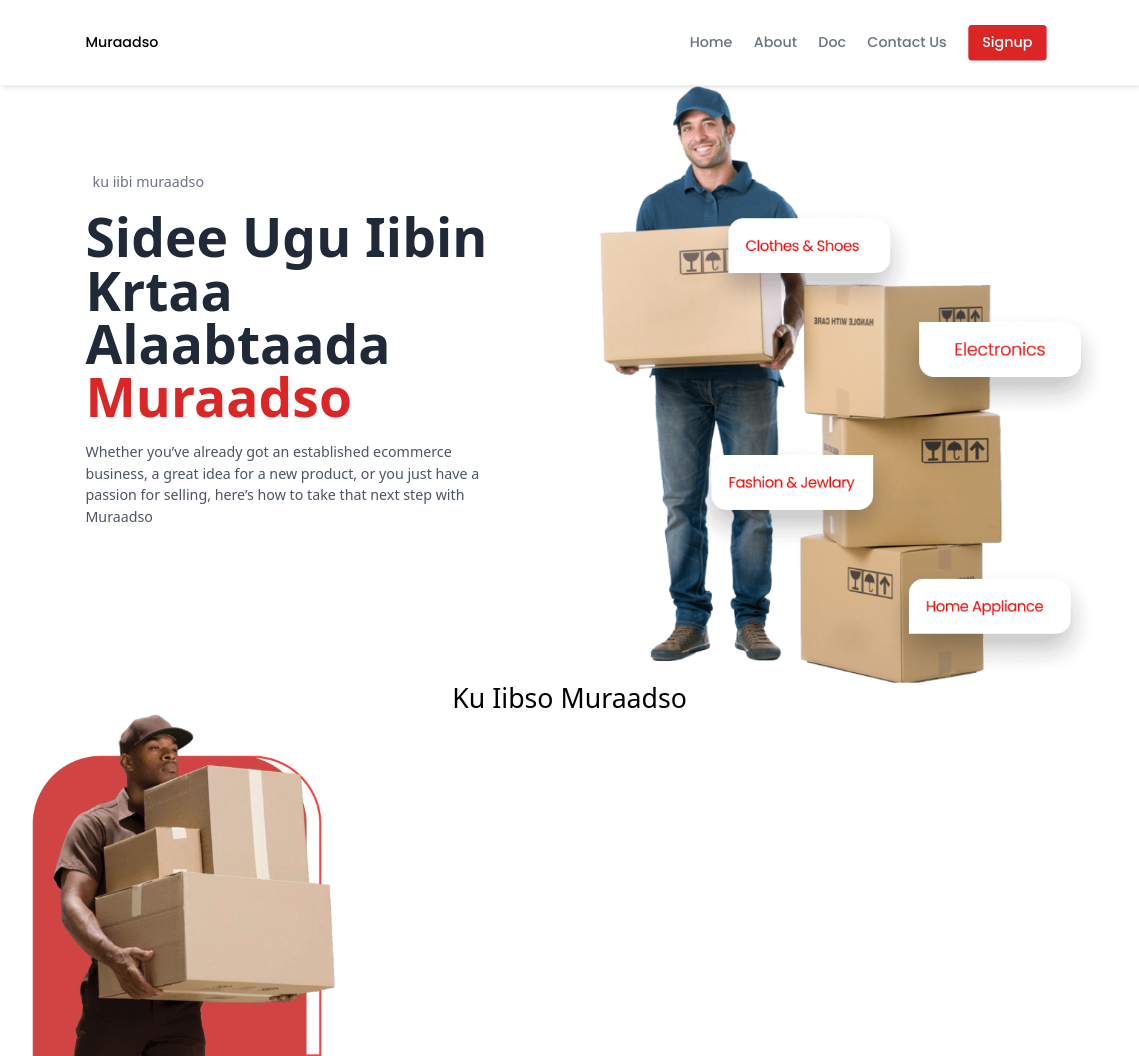
Repository: muraadso/Muraadso-Sellers
Page: /
The author's editor kept a copy of each file at every save. The page is drawn from the files as they stood at one save, then again after the next save.
The browser window is 1280 px wide. The pictures show the whole page, at 89% of full size.
The project was rebuilt for these pictures with package versions that can differ from the ones it lists, and the page was loaded fresh each time. The framework's server and built-in components were replaced by stand-ins that run in the browser. Also part of the build but not shown: next.config.js.

Above is the page before, as saved 2021-12-05 19:35:22.

### pages/_app.js
import '../styles/globals.css'
 import 'tailwindcss/tailwind.css'
import { Layout } from '../components/Layout'


function MyApp({ Component, pageProps }) {
  return (
    <Layout>
      <Component {...pageProps} />
    </Layout>
  )
}

export default MyApp

### pages/index.js
import Head from 'next/head'
import Image from 'next/image'
import Navbar from '../components/Navbar'
import Hero from '../components/Hero'
import About from '../components/About'
import styles from '../styles/Home.module.css'


export default function Home() {
  return (
    <div className={styles.container}>
      <Head>
        <title>Muraadso Sellers</title>
        <meta name="description" content="Generated by create next app" />
        <link rel="icon" href="/favicon.ico" />
      </Head>
      <Hero />
      <About />
    </div>
  )
}

### styles/globals.css
@import url('https://fonts.googleapis.com/css2?family=Lato:ital,wght@0,300;0,400;0,700;0,900;1,700&family=Poppins:wght@200;300;400;500;600;700&display=swap');
html,
body {
  padding: 0;
  margin: 0;
}

a {
  color: inherit;
  text-decoration: none;
}

* {
  box-sizing: border-box;
}


.navbar {
  box-shadow: 2px 1px 7px rgba(0, 0, 0, 0.226);
  font-family: 'Poppins', sans-serif  ;
  font-weight: 500;

}
  .logo{
    font-family: 'Lato', sans-serif;
    font-weight: 700;
    color: rgb(233, 59, 59);
    font-size: 20px ;
  }

.nav{
}





@media screen and  (max-width: 415px){
  .nav{
    display: flex;
    color: blue;
    flex-direction: row;
  }
}




@tailwind base;
@tailwind components;
@tailwind utilities

### components/Layout.js
import Navbar from "./Navbar"
import Footer from "./Footer"

export const Layout = ({children}) => {
    return (
        <div className="layout">
            <Navbar />
                {children}
            <Footer />



        </div>
    )
}

### components/Navbar.jsx
import React, { useState } from "react";
import { HiOutlineMenuAlt2, HiOutlineMenuAlt3 } from "react-icons/hi";



export default function Navbar() {
  const [showNav, setShowNav] = useState(false);

  return (
    <nav className="sticky top-0 z-20 items-center justify-between bg-white px-14 md:px-24 md:py-5 navbar md:flex">
      <div className="flex items-center justify-between">
        <a href="#">
          <h2>Muraadso</h2>
        </a>


        {showNav ? (
          <HiOutlineMenuAlt3
            onClick={() => setShowNav(!showNav)}
            className="block w-10 h-10 p-2 cursor-pointer md:hidden"
          />
        ) : (
          <HiOutlineMenuAlt2
            onClick={() => setShowNav(!showNav)}
            className="block w-10 h-10 p-2 cursor-pointer md:hidden"
          />
        )}
      </div>

      <ul
        className={
          (showNav ? "left-0" : "-left-full") +
          " md:static fixed bottom-0 md:ml-24 top-14 md:flex md:space-x-6 items-center md:bg-transparent bg-white bg-opacity-90 md:w-auto w-10/12 md:text-gray-500 text-gray-800  md:space-y-0 space-y-5 p-2 transition-left nav"
        }
      >
        <a href="#"> Home</a>
        <a href="#"> About</a>
        <a href="#"> Doc</a>
        <a href="#"> Contact Us</a>
      <a className="px-4 py-2 text-white bg-red-600 rounded" href="">Signup</a>
      </ul>
    </nav>
  );
}

























// const Navbar = () => {
//     return (
//         <div>
//      <div className="sticky top-0 z-20 items-center justify-between bg-white md:flex navbar">
//          <a className="logo" href="#">Muraadso</a>
//          <nav className="fixed bottom-0 items-center w-10/12 p-2 space-y-5 text-white bg-gray-500 md:static top-12 md:flex md:space-x-7 md:bg-transparent bg-opacity-90 md:w-auto md:text-gray-500 md:space-y-0 transition-left nav">
//              <a className="hover:text-red-600" href="">Home</a>
//              <a className="hover:text-red-600" href="">About</a>
//              <a className="hover:text-red-600" href="">Doc</a>
//              <a className="hover:text-red-600" href="">Contact Us</a>
//          </nav>
//          <a href="#" className="px-4 py-2 text-white bg-red-600 rounded hover:bg-red-700 signup ">Signup</a>
//      </div>

//         </div>
//     )
// }

// export default Navbar

### components/Hero.jsx
const Hero = () => {
    return (
        <div className="grid grid-cols-2 hero">
                <div className="px-16 py-24 herotxt">
                    <h6 className="px-2 font-medium text-gray-500">ku iibi muraadso</h6>
                    <h1 className="my-5 md:font-bold md:text-gray-800 md:capitalize lg:text-6xl">sidee ugu iibin krtaa <br /> alaabtaada <span className="md:text-red-600">muraadso </span></h1>
                    <p className="text-gray-600" >Whether you’ve already got an established ecommerce business, a great idea for a new product, or you just have a passion for selling, here’s how to take that next step with Muraadso</p>
                </div>
                <div className="heroimg">
                    <img className="w-4/4 "  src="/images/heroimage.png" alt="heroimage" />
                </div>

        </div>
    )
}

export default Hero

### components/About.jsx

const About = () => {
    return (
        <div>
            <h1 className="text-3xl text-center ">Ku Iibso Muraadso</h1>
            <img src="/images/aboutimage.png" className="md:h-96" alt="about image" />
        </div>
    )
}

export default About

### components/Footer.jsx
const Footer = () => {
    return (
        <div>
        </div>
    )
}

export default Footer

### tailwind.config.js
module.exports = {
   purge: ['./pages/**/*.{js,ts,jsx,tsx}', './components/**/*.{js,ts,jsx,tsx}'],
  darkMode: false, // or 'media' or 'class'
  theme: {
    extend: {
      transitionProperty: {
         'left': 'left',
        }
    },

  },
  variants: {
    extend: {},
  },
  plugins: [],
}

Loaded but not shown: pages/api/hello.js (common file); styles/Home.module.css (common file)

After the next save:
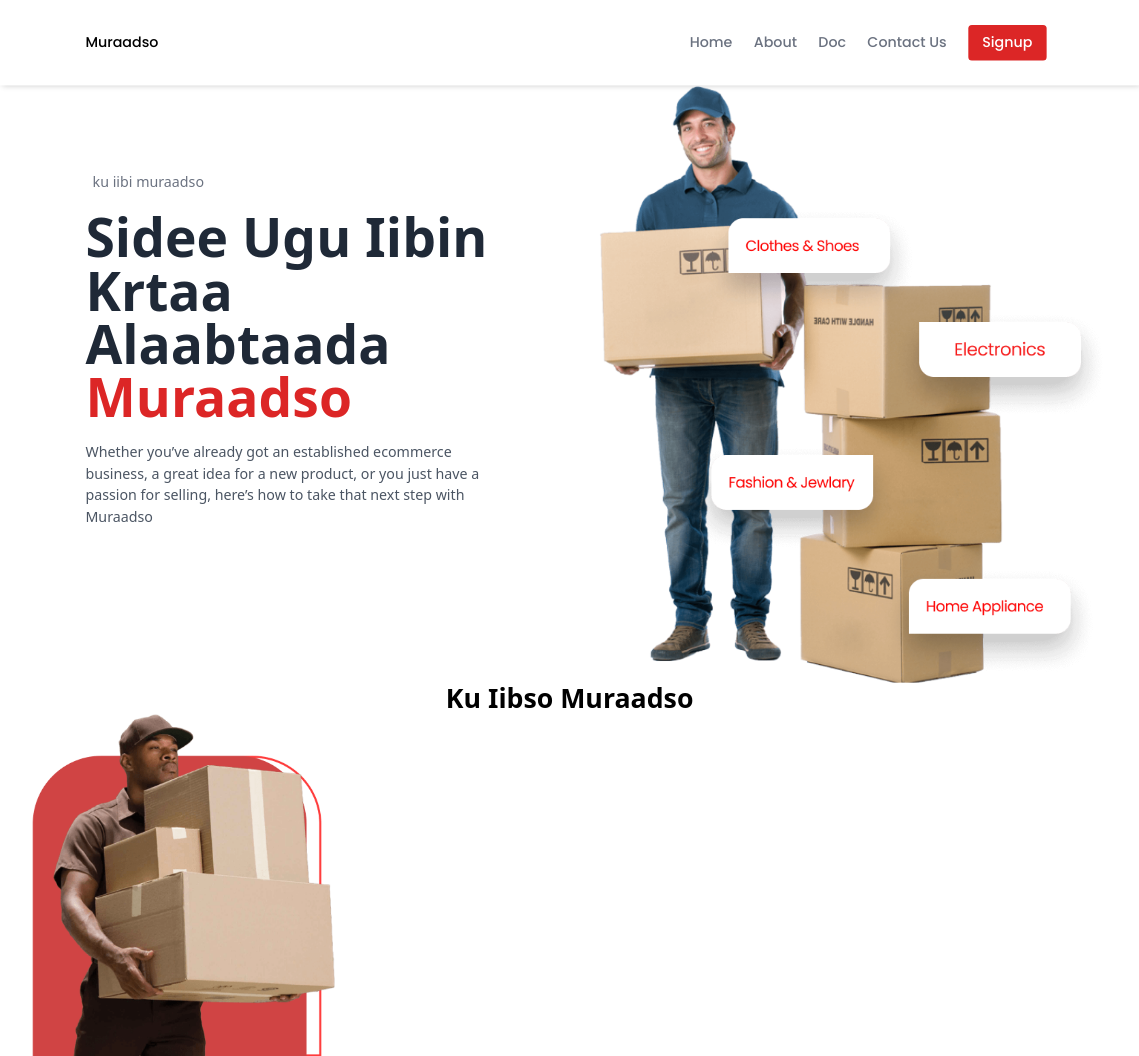
Saved 8 s later.
--- a/components/About.jsx
+++ b/components/About.jsx
@@ -2,7 +2,7 @@
 const About = () => {
     return (
         <div>
-            <h1 className="text-3xl text-center ">Ku Iibso Muraadso</h1>
+            <h1 className="text-3xl font-bold text-center">Ku Iibso Muraadso</h1>
             <img src="/images/aboutimage.png" className="md:h-96" alt="about image" />
         </div>
     )
